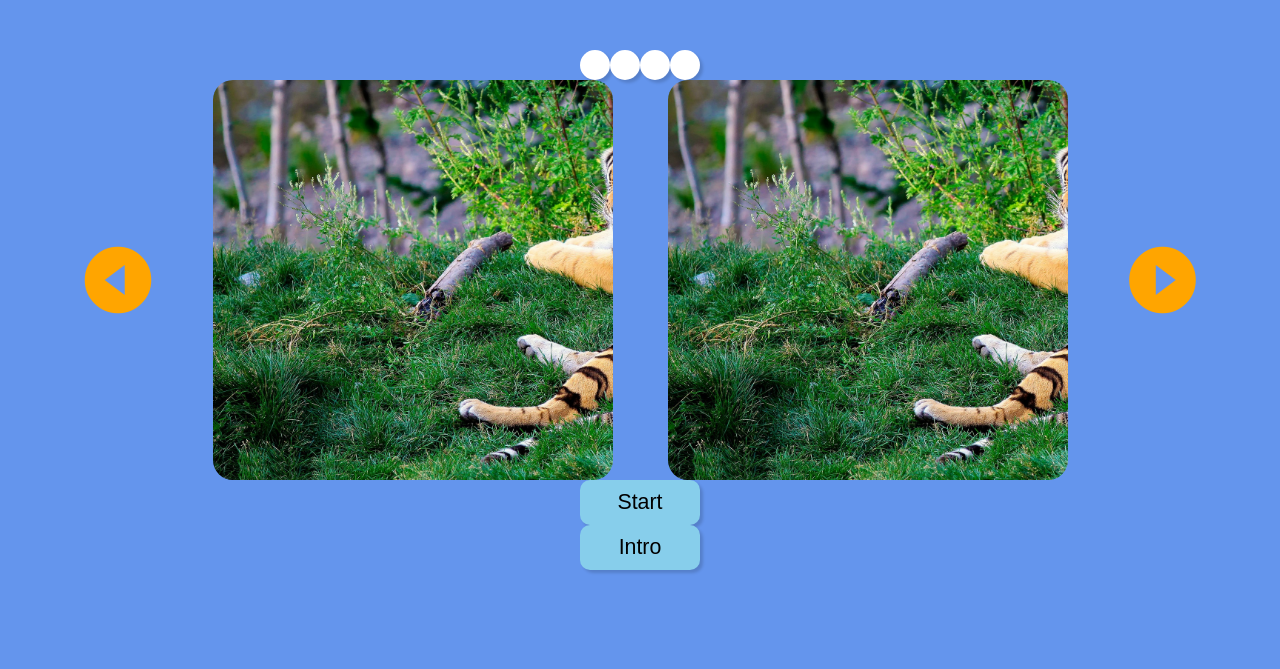
Repository: sylviaah/dynamicmidterm
Page: slider/slider.html
These files come from the project's save history. The page is drawn as it stood at one moment and after the next save; the edit follows.
The browser window is 1280 px wide. The pictures show the whole page.

Above is the page before, as saved 2020-03-13 12:59:25.

### slider/slider.html
<!DOCTYPE html>
<html>
    <html>
        <title>Slider</title>
        <link rel="stylesheet" href="slider.css">
        <link href="https://fonts.googleapis.com/icon?family=Material+Icons" rel="stylesheet">
    </html>
    <body>
        <div class="slider">
            <div class="slider_progress">
                <div class="progress 25"></div>
                <div class="progress 50"></div>
                <div class="progress 75"></div>
                <div class="progress 100"></div>
            </div>
            <div class="slider_slider">
                <i class="material-icons arrow_left" onclick="previous()">play_circle_filled</i>
                <div class="image_div img1">
                    <img class="instructions_image" src="imgs/img1.jpg" alt="">
                </div>
                <div class="image_div img2">
                    <img class="instructions_image" src="imgs/img1.jpg" alt="">
                </div>
                <i class="material-icons arrow_right" onclick="next()">play_circle_filled</i>
            </div>
            <div class="slider_menu">
                <div class="menu_start">Start</div>
                <div class="menu_intro">Intro</div>
            </div>
        </div>
        <script src="slider.js"></script>
    </body>
</html>

### slider/slider.css
body,html {
    margin: 0;
    background-color: cornflowerblue;
}

.slider{
    padding: 50px;
    display: flex;
    height: 60vh;
    flex-direction: column;
    align-items: center;
    justify-content: space-between
}

.slider_progress{
    display: flex;
}

.slider_progress div{
    width: 30px;
    height: 30px;
    background-color: white;
    border-radius: 50%;
    box-shadow: 3px 3px 3px rgb(0, 0, 0, 0.15);
}

.slider_slider{
    display: flex;
    width: 100%;
    align-items: center;
    justify-content: space-around;
}

.material-icons.arrow_left {
    /* visibility: hidden; */
    transform: rotate(180deg);
    font-size: 80px;
    color: orange;
}

.material-icons.arrow_right {
    visibility: visible;
    color: orange;
    font-size: 80px;
}

.image_div{
    width: 400px;
    height: 400px;
    overflow: hidden;
    border-radius: 20px;
}

.image_div img{
    object-fit: cover;
    height: 400px;
}

.menu_start, .menu_intro{
    display: flex;
    width: 100px;
    justify-content: center;
    border-radius: 10px;
    padding: 10px 10px;
    background-color:skyblue;
    font-size: 16pt;
    font-family: Arial, Helvetica, sans-serif;
    box-shadow: 3px 3px 3px rgb(0, 0, 0, 0.15);
}

Loaded but not shown: slider/slider.js (no stored copy; drawn as an empty file)

After the next save:
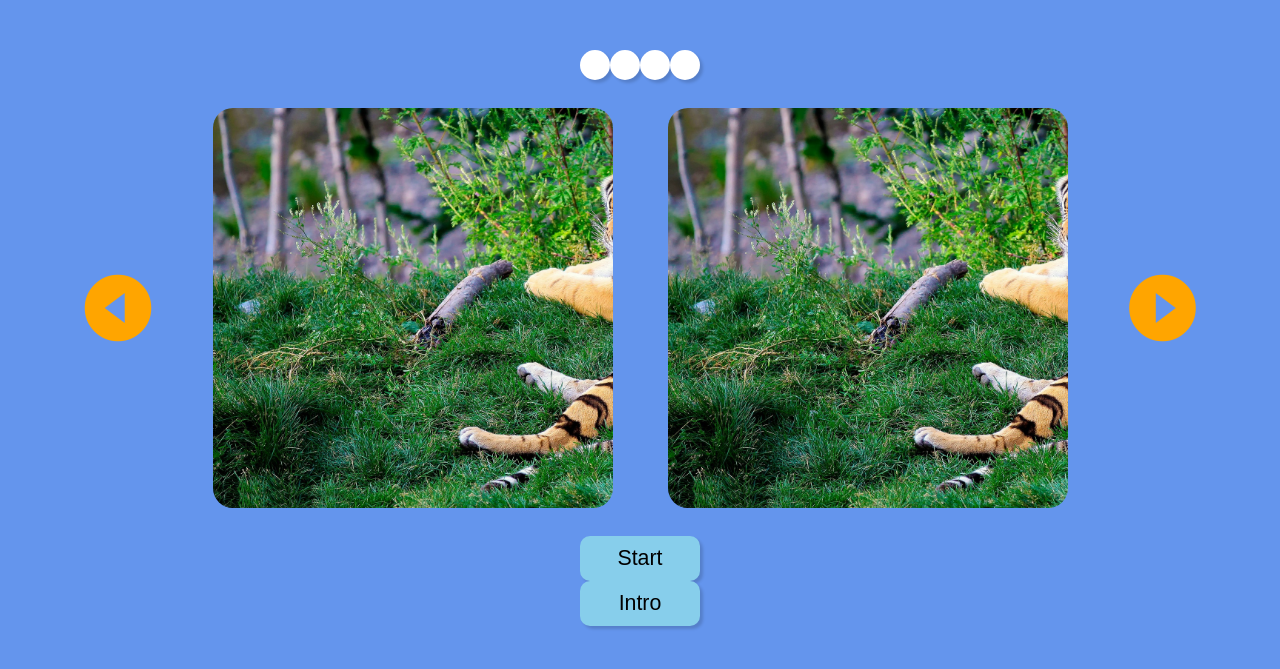
Saved 6 s later.
--- a/slider/slider.css
+++ b/slider/slider.css
@@ -6,7 +6,7 @@
 .slider{
     padding: 50px;
     display: flex;
-    height: 60vh;
+    height: 80vh;
     flex-direction: column;
     align-items: center;
     justify-content: space-between

After the save that followed:
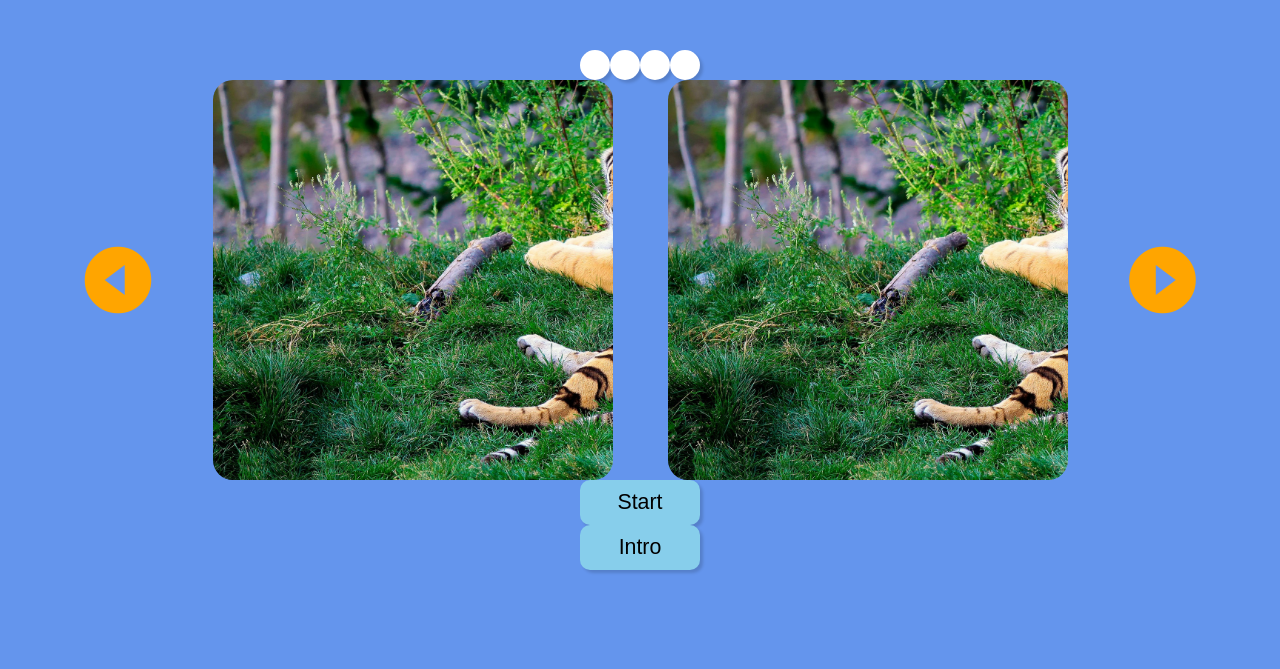
Saved 14 s later.
--- a/slider/slider.css
+++ b/slider/slider.css
@@ -6,7 +6,7 @@
 .slider{
     padding: 50px;
     display: flex;
-    height: 80vh;
+    height: 70vh;
     flex-direction: column;
     align-items: center;
     justify-content: space-between
